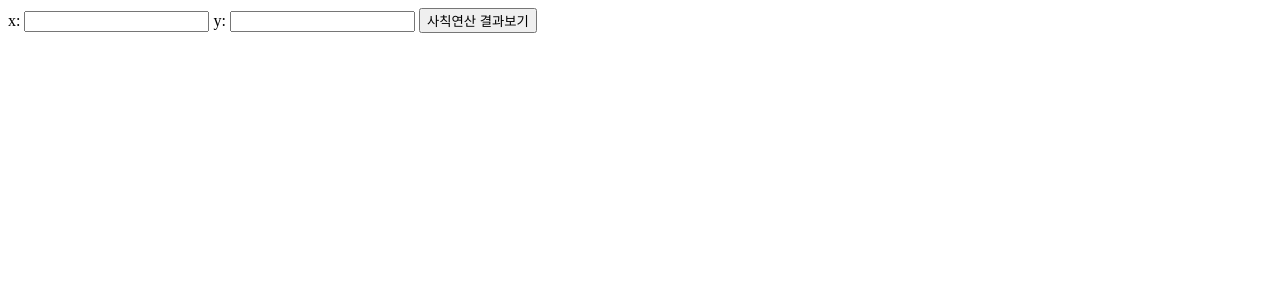
Repository: AiharaAkira/jsp
Page: WebWorkSpace/02_InputOutput/src/main/webapp/Calc.html
The author's editor kept a copy of each file at every save. The page is drawn from the files as they stood at one save, then again after the next save.
The browser window is 1280 px wide. The pictures show the whole page.

Above is the page before, as saved 2021-11-08 00:58:31.

After the next save:
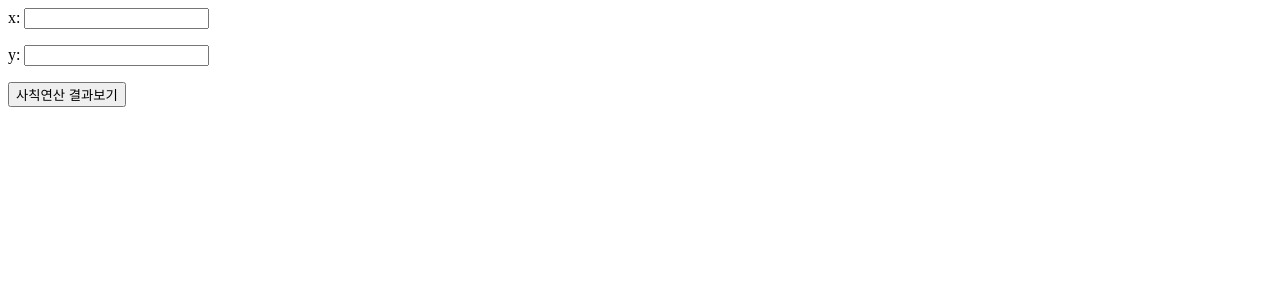
Saved 1 s later.
--- a/WebWorkSpace/02_InputOutput/src/main/webapp/Calc.html
+++ b/WebWorkSpace/02_InputOutput/src/main/webapp/Calc.html
@@ -5,9 +5,9 @@
 <title>Insert title here</title>
 </head>
 <body>
-	<form action="">
-	x: <input>
-	y: <input>
+	<form action="Calc">
+	x: <input><p>
+	y: <input><p>
 	<button>사칙연산 결과보기</button>
 	</form>
 
